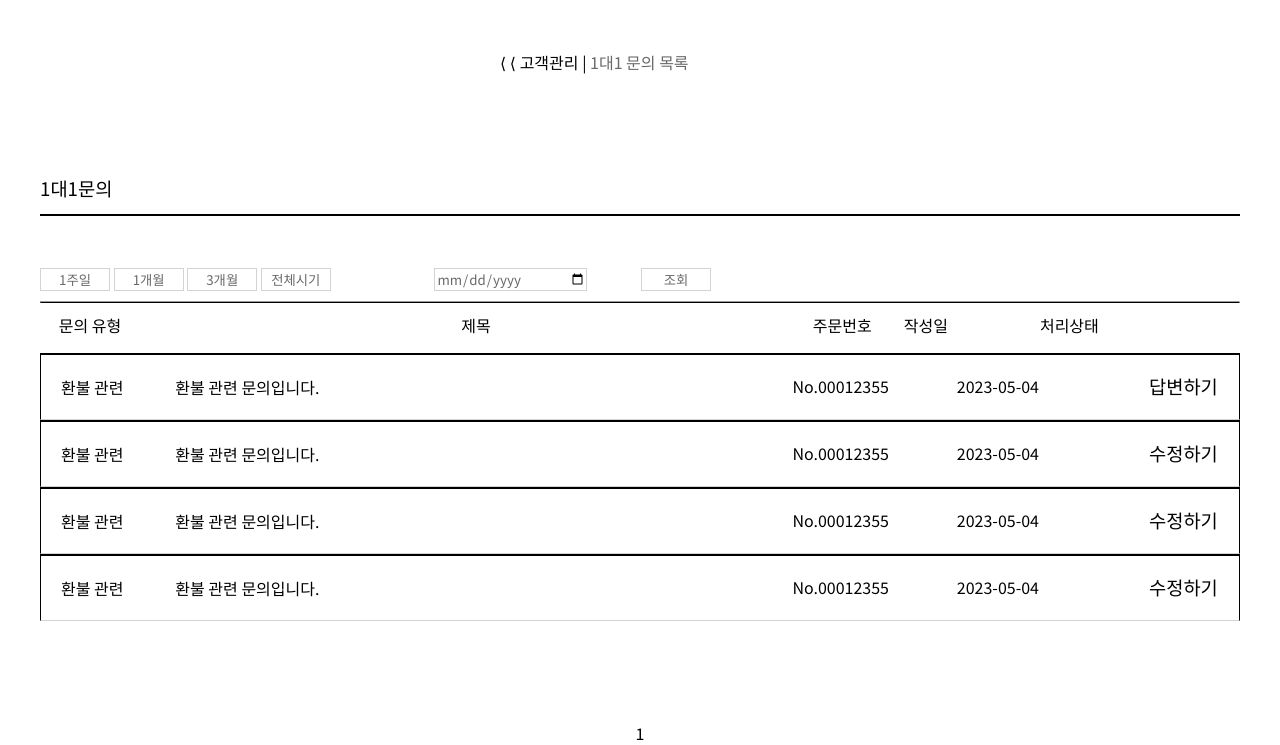
Repository: mcw9503/PassionForFashion
Page: Semi_Project/src/main/webapp/WEB-INF/QnaPage.html
These files come from the project's save history. The page is drawn as it stood at one moment and after the next save; the edit follows.
The browser window is 1280 px wide. The pictures show the whole page.

Above is the page before, as saved 2023-05-07 08:48:43.

### Semi_Project/src/main/webapp/WEB-INF/QnaPage.html
<!DOCTYPE html>
<html>
<head>
<meta charset="UTF-8">
<title>Insert title here</title>
<link href="https://fonts.googleapis.com/earlyaccess/notosanskr.css"
	rel="stylesheet">
</head>

<style>

* {
	outline: none;
	margin: 0;
	font-family: 'Noto Sans KR', sans-serif;
}

input[id*="answer"] {
	display: none;
}

input[id*="answer"] + label {
	display:block;
	padding:20px;
	border:1px solid black;
	border-top:2px solid black;
	border-bottom: 1px solid lightgray;
	color:black;
	font-weight:200;
	background: white;
	position: relative;
}


input[id*="answer"] + label h3 {
	position: absolute;
	top: 50%;
	right:10px;
	width:80px;
	height:30px;
	margin-top: -15px;
	border-top: none:
	background: white;
	font-weight: 200;
}

input[id*="answer"] + label span {
	position: absolute;
	top: 30%;
	right:200px;
}



input[id*="answer"] + label + div {
	max-height: 0;
	transition: all .35s;
	overflow: hidden;
	background: white;
	font-size: 11px;
	border-left: 1px solid lightgray;
	border-right: 1px solid lightgray;
}

input[id*="answer"] + label + div:last-child{
	border-bottom : 1px solid black;
}

input[id*="answer"] + label + div p {
	display:inline-block;
	padding:20px;
}

input[id*="answer"]:checked + label + div {
	max-height: 500px;
}
.qnaCategoy {
font-weight: 500;
}
hr{
border-bottom: 1px solid black;
}
div button {
	color: dimgray;
	background:white;
	border: 1px solid lightgray;
	margin-bottom: 10px;
	width: 70px;
}

div button:active{
	color: black;
	background:white;
	border: 0.5px solid black;
}

div form input {
	color: dimgray;
	background:white;
	border: 1px solid lightgray;
	margin-bottom: 10px;
	width: 70px;
}

div form input:active {
	color: black;
	background:white;
	border: 0.5px solid black;
}



</style>
<body>
	<div style="display:inline-block; margin-left: 500px; margin-bottom: 100px; margin-top: 50px;">&lang; &lang; 고객관리 <span>|</span> <span style="color:dimgray;">  1대1 문의 목록</span>
	</div>
	<div class="qnaWrap" style="width: 1200px; margin: auto;" >

		<h3 style="font-weight: 400; margin-bottom: 30px; border-bottom: 2px solid black; height: 40px;"> 1대1문의</h3>
		<div style="margin-top: 50px;">
			<form>
				<button type="button">1주일</button>
				<button type="button">1개월</button>
				<button type="button">3개월</button>
				<button type="button" name="date">전체시기</button>
				<input type="date" name="date" style="width:  150px; margin-left: 100px; margin-right: 50px;">
				<input type="submit" name="submit" value="조회">
			</form>
		</div>

		<hr style="margin-bottom: 10px; font-weight: 800; color:black;">

		<div style="display: inline-block; text-align: center; width: 100px; height: 40px;">
			<p>문의 유형</p>
		</div>
		<div style="display: inline-block; text-align: center; width: 665px; height: 40px;">
			<p> 제목 </p>
		</div>
		<div style="display: inline-block; text-align: center; width: 60px; height: 40px;">
			<p> 주문번호 </p>
		</div>
		<div style="display: inline-block; text-align: center; width: 100px; height: 40px; margin-right: 45px;">
			<p> 작성일 </p>
		</div>
		<div style="display: inline-block; text-align: center; width: 90px; height: 40px; ">
			<p> 처리상태 </p>
		</div>

		<input type="checkbox" id="answer01">
		<label for="answer01">
		<div class="qnaCategoy" style="display: inline-block; width: 100px;">환불 관련</div>
		&nbsp;&nbsp;
		환불 관련 문의입니다.
		<span style="margin-right: 150px;">No.00012355</span>
		<span>2023-05-04</span>
		<h3 class="ansComplete"style="margin-left: 15px; ">답변하기</h3></label>
		<div>
			<p class="qnaAnswer"></p>
		</div>

		<input type="checkbox" id="answer02">
		<label for="answer02">
		<div class="qnaCategoy" style="display: inline-block; width: 100px;">환불 관련</div>
		&nbsp;&nbsp;
		환불 관련 문의입니다.
		<span style="margin-right: 150px;">No.00012355</span>
		<span>2023-05-04</span>
		<h3 class="ansComplete" style="margin-left: 15px;"></h3></label>
		<div>
			<p class="qnaAnswer">답변완료 해드렸습니다.</p>
		</div>

		<input type="checkbox" id="answer03">
		<label for="answer03">
		<div class="qnaCategoy" style="display: inline-block; width: 100px;">환불 관련</div>
		&nbsp;&nbsp;
		환불 관련 문의입니다.
		<span style="margin-right: 150px;">No.00012355</span>
		<span>2023-05-04</span><h3 class="ansComplete" style="margin-left: 15px;">답변하기</h3></label>
		<div>
			<p class="qnaAnswer">답변완료 해드렸습니다. 다른 문의는 더 필요 없으신가요.
			저희 쇼핑몰을 이용해주셔서 감사드립니다. 좋은 하루 보내세요.</p>
		</div>

		<input type="checkbox" id="answer04">
		<label for="answer04">
		<div class="qnaCategoy" style="display: inline-block; width: 100px;">환불 관련</div>
		&nbsp;&nbsp;
		환불 관련 문의입니다.
		<span style="margin-right: 150px;">No.00012355</span>
		<span>2023-05-04</span><h3  class="ansComplete" style="margin-left: 15px;">답변하기</h3></label>
		<div>
			<p class="qnaAnswer">답변완료 해드렸습니다. 다른 문의는 더 필요 없으신가요.
			저희 쇼핑몰을 이용해주셔서 감사드립니다. 좋은 하루 보내세요.</p>
		</div>

		<div class="pageNum" style="margin-top: 100px; text-align: center;">1</div>

	</div>



	<script>
	window.onload = function(){
	const qnaAnswer = document.querySelectorAll(".qnaAnswer");
	const ansComplete = document.querySelectorAll(".ansComplete");


		for(i=0; i<qnaAnswer.length; i++){
			if(qnaAnswer[i].innerText == ""){
				ansComplete[i].innerText="답변하기";
			}else{
				ansComplete[i].innerText = "수정하기";
			}

		}



	}

	</script>

</body>
</html>

After the next save:
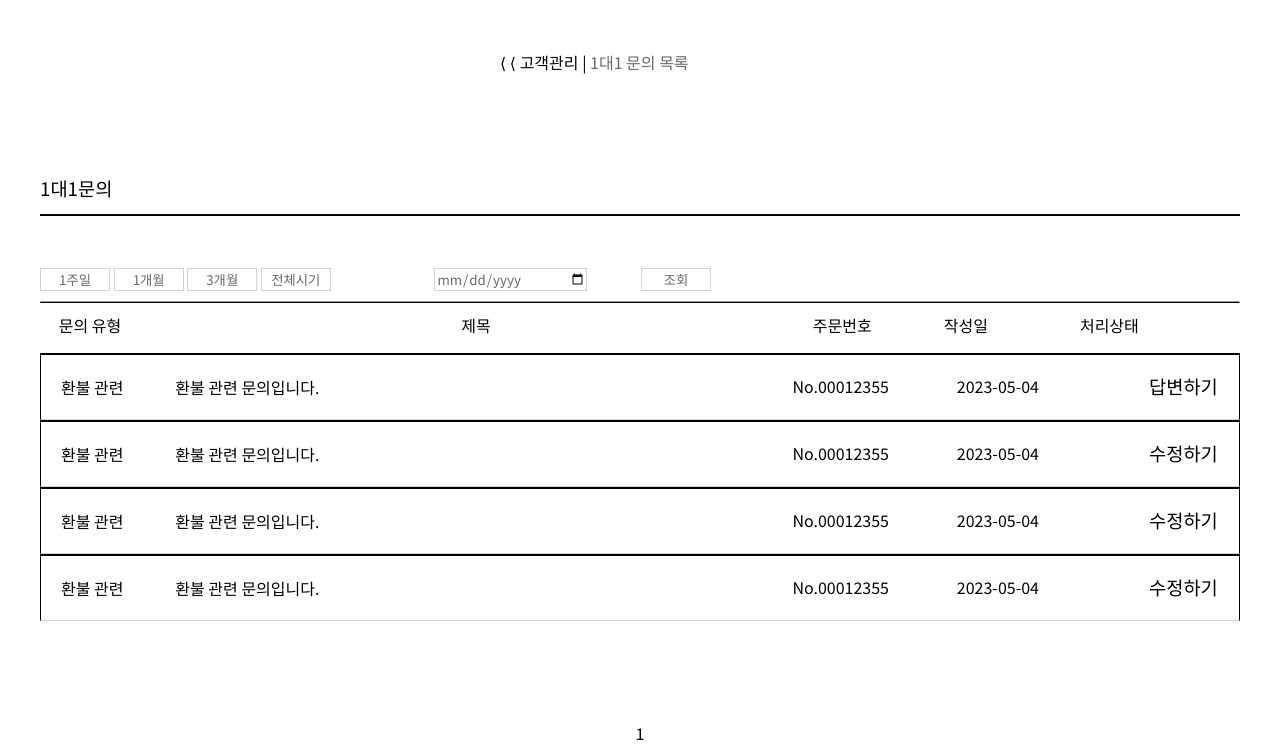
Saved 19 s later.
--- a/Semi_Project/src/main/webapp/WEB-INF/QnaPage.html
+++ b/Semi_Project/src/main/webapp/WEB-INF/QnaPage.html
@@ -136,7 +136,7 @@ div form input:active {
 		<div style="display: inline-block; text-align: center; width: 665px; height: 40px;">
 			<p> 제목 </p>
 		</div>
-		<div style="display: inline-block; text-align: center; width: 60px; height: 40px;">
+		<div style="display: inline-block; text-align: center; width: 60px; height: 40px; margin-right:40px;">
 			<p> 주문번호 </p>
 		</div>
 		<div style="display: inline-block; text-align: center; width: 100px; height: 40px; margin-right: 45px;">
